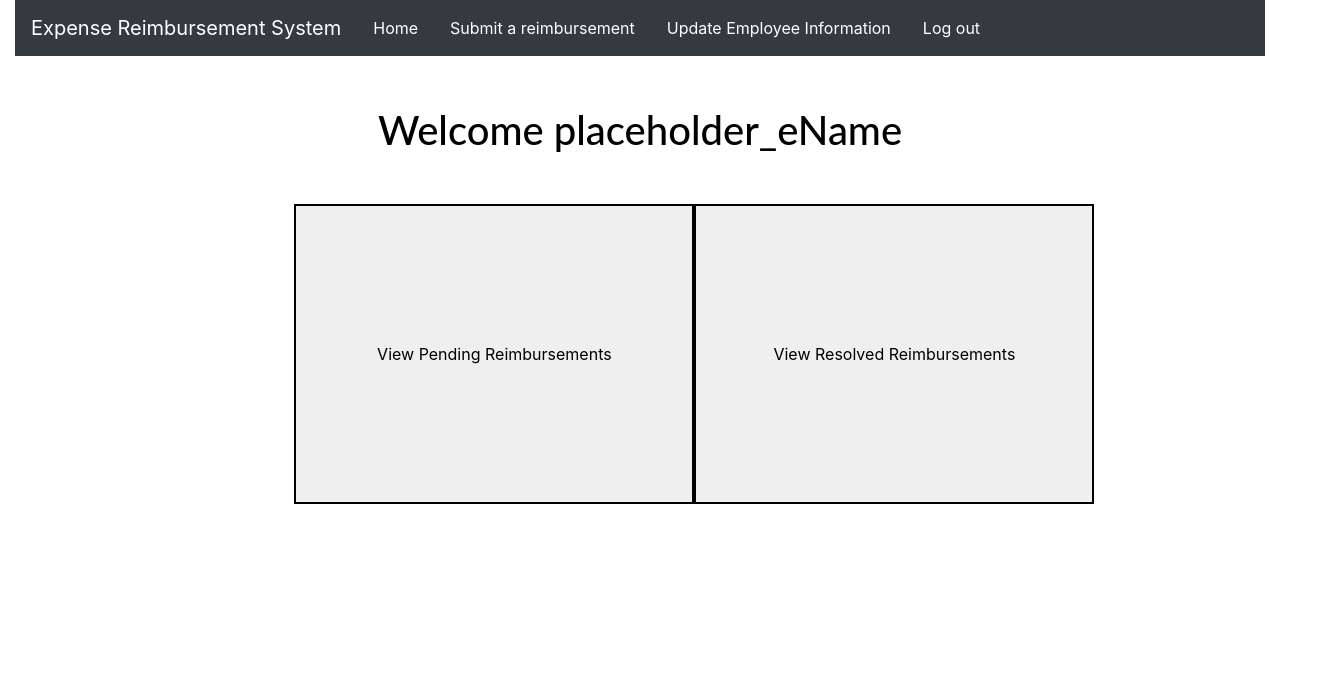
Repository: Trevormulrenin/ers-app
Page: ers-app/src/main/webapp/html/employee_home.html
An editor plug-in stored every save of this project. The page is shown before and after the next save, followed by the edit.
The browser window is 1280 px wide. The page is 1280 px wide, then 1319 px, then 1280 px, so the pictures cover 1319 px, including what lies to the right of the window. The pictures show the whole page.

Above is the page before, as saved 2021-03-30 23:11:33.

After the next save:
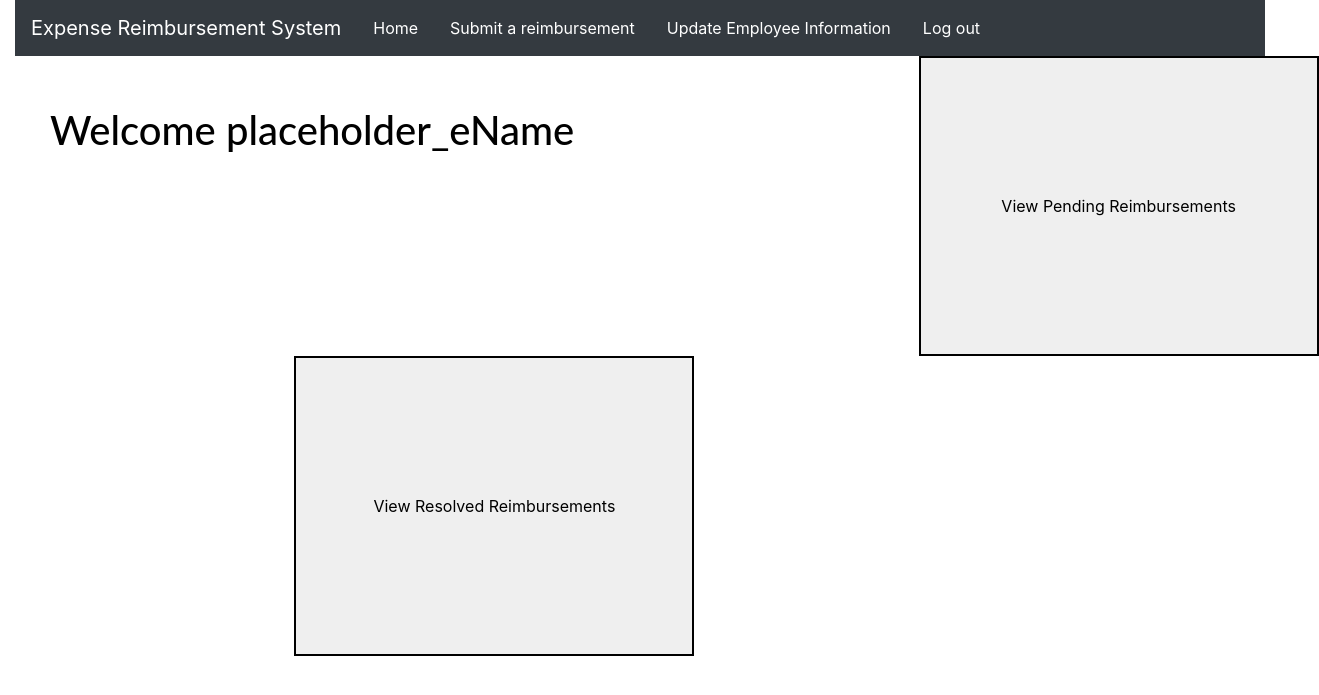
Saved 30 s later.
--- a/ers-app/src/main/webapp/html/employee_home.html
+++ b/ers-app/src/main/webapp/html/employee_home.html
@@ -38,7 +38,7 @@
 }
 
 #welcome-message {
-	text-align:0%;
+	float:left;
 }
 </style>
 <body>

After the save that followed:
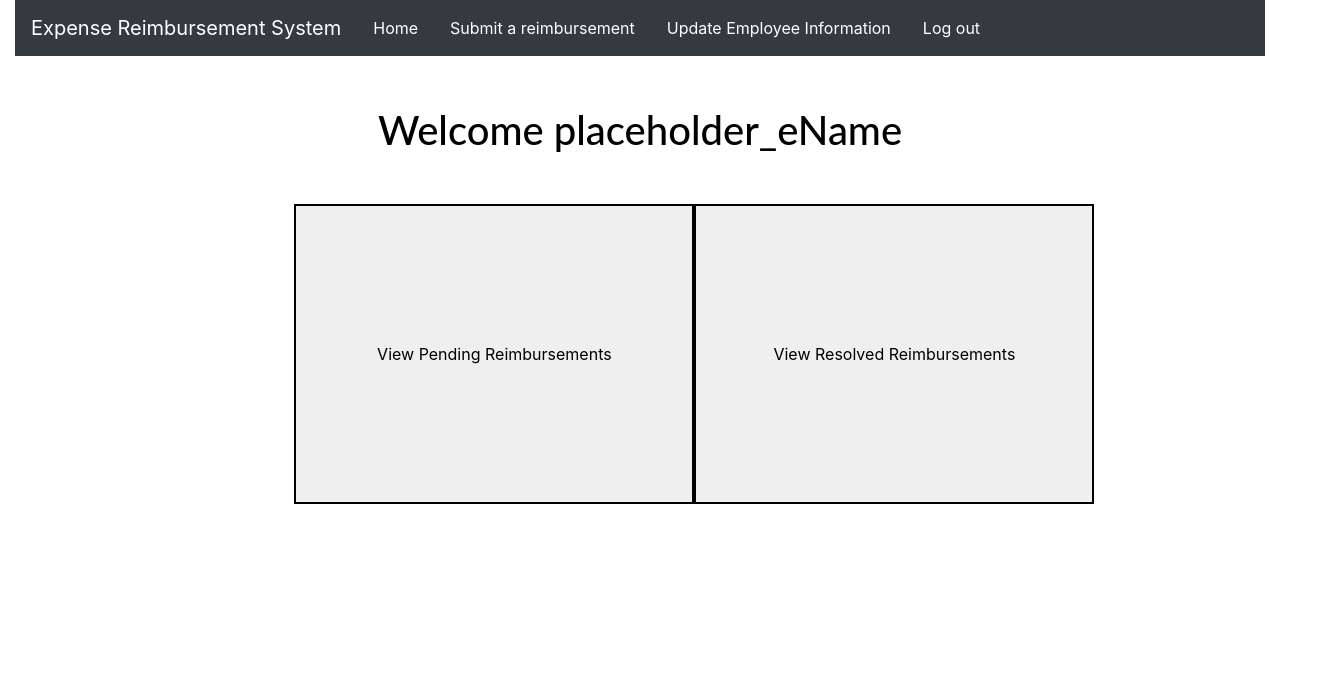
Saved 7 s later.
--- a/ers-app/src/main/webapp/html/employee_home.html
+++ b/ers-app/src/main/webapp/html/employee_home.html
@@ -38,7 +38,7 @@
 }
 
 #welcome-message {
-	float:left;
+
 }
 </style>
 <body>
